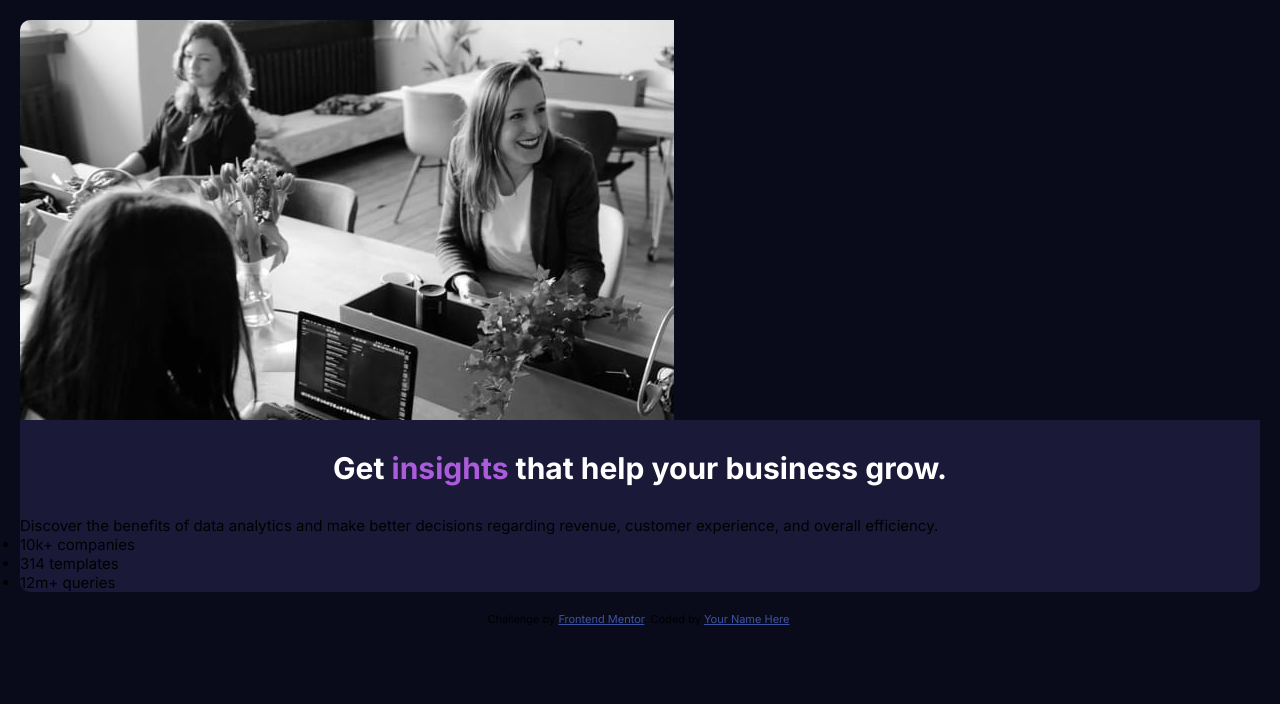
Repository: DejV44/stats-preview-card-component-main
Page: index.html
An editor plug-in stored every save of this project. The page is shown before and after the next save, followed by the edit.
The browser window is 1280 px wide. The pictures show the whole page.
The style sheet was rebuilt from its Sass, Less or Tailwind sources for each picture, by a compiler version that may differ from the author's.

Above is the page before, as saved 2021-07-04 23:59:31.

### index.html
<!DOCTYPE html>
<html lang="en">
<head>
  <meta charset="UTF-8">
  <meta name="viewport" content="width=device-width, initial-scale=1.0"> <!-- displays site properly based on user's device -->

  <link rel="icon" type="image/png" sizes="32x32" href="./images/favicon-32x32.png">
  <link rel="stylesheet" href="/css/style.css">


  <title>Frontend Mentor | Stats preview card component</title>
</head>
<body>
  <div class="container">
    <div class="picture">
      <div class="overlay"></div>
    </div>
    <div class="card">
      <h1>Get <span>insights</span> that help your business grow.</h1>

      <p>Discover the benefits of data analytics and make better decisions regarding revenue, customer
      experience, and overall efficiency.</p>

      <ul>
        <li>10k+ companies</li>
        <li>314 templates</li>
        <li>12m+ queries</li>
      </ul>
    </div>
  </div>


  <div class="attribution">
    Challenge by <a href="https://www.frontendmentor.io?ref=challenge" target="_blank">Frontend Mentor</a>.
    Coded by <a href="#">Your Name Here</a>.
  </div>
</body>
</html>

### css/style.scss
$mainBackground: hsl(233, 47%, 7%);
$cardBackground: hsl(244, 38%, 16%);
$accent: hsl(277, 64%, 61%);

$mainHeading: hsl(0, 0%, 100%);
$mainParagraph: hsla(0, 0%, 100%, 0.75);
$statHeadings: hsla(0, 0%, 100%, 0.6);

@import url("https://fonts.googleapis.com/css2?family=Inter:wght@400;700&display=swap");

@import url("https://fonts.googleapis.com/css2?family=Lexend+Deca&display=swap");

* {
  margin: 0;
  padding: 0;
  box-sizing: border-box;
}

body {
  font-family: "Inter", sans-serif;
  font-size: 15px;
  background-color: $mainBackground;

  .container {
    margin: 20px;
    border-radius: 10px;
    .picture {
      border-radius: 10px 10px 0 0;
      background: url("/images/image-header-mobile.jpg") no-repeat, center/cover;
      height: 400px;
    }

    .card {
        border-radius: 0 0 10px 10px;
        background: $cardBackground;
        h1 {
            padding: 30px 25px;
            color: $mainHeading;
            text-align: center;
            span {
                color: $accent;
            }
        }
    }
  }

  .attribution {
    font-size: 11px;
    text-align: center;

    a {
      color: hsl(228, 45%, 44%);
    }
  }
}

After the next save:
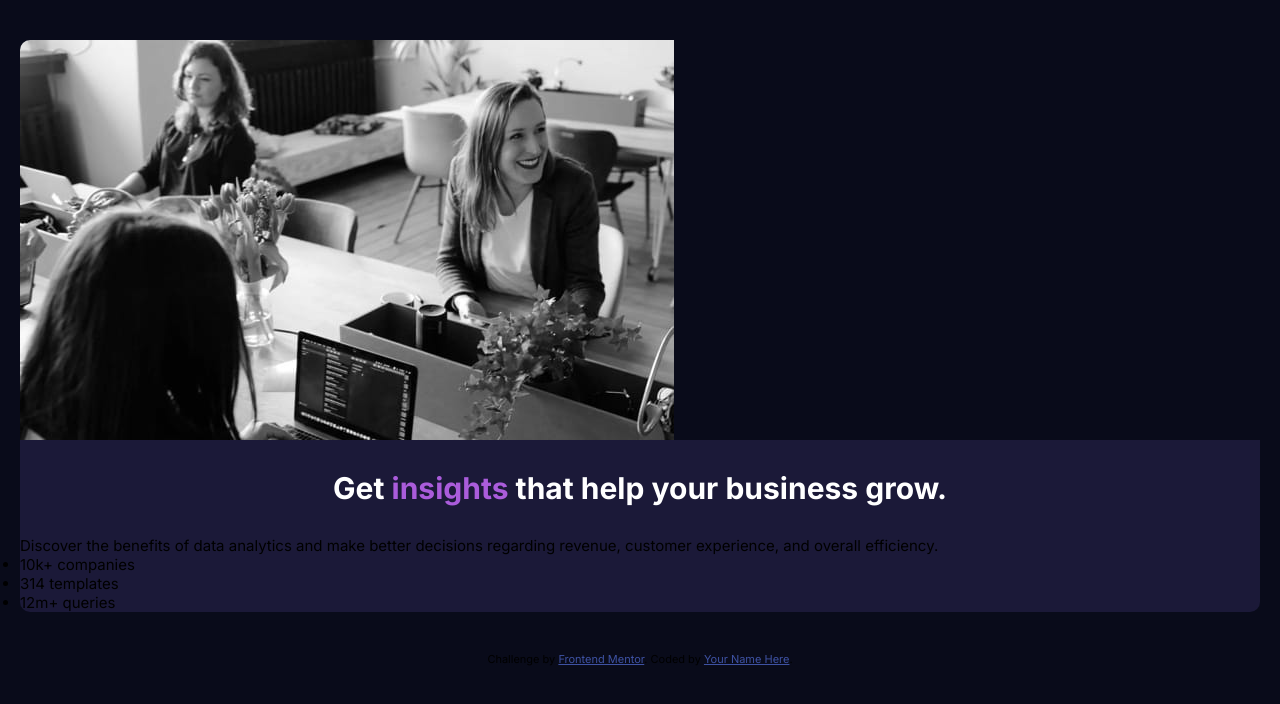
Saved 17 s later.
--- a/css/style.scss
+++ b/css/style.scss
@@ -22,7 +22,7 @@ body {
   background-color: $mainBackground;
 
   .container {
-    margin: 20px;
+    margin: 40px 20px;
     border-radius: 10px;
     .picture {
       border-radius: 10px 10px 0 0;
